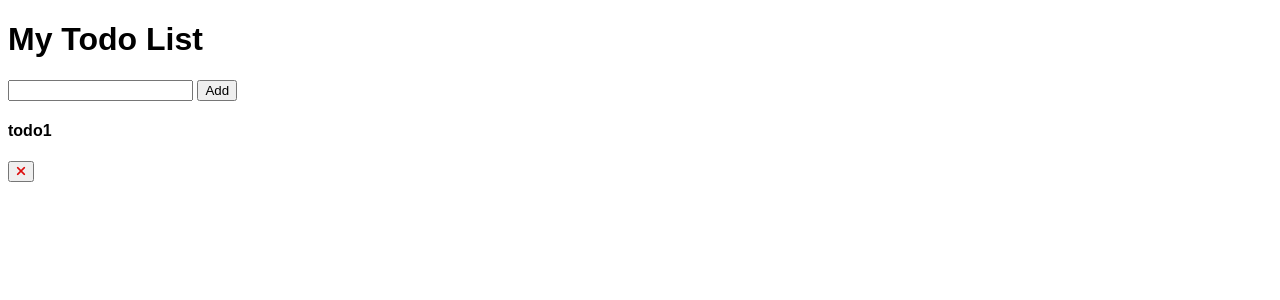
Repository: harshit-technocrat11/basic-DOM-projects
Page: 03-todo-list/index.html
These files come from the project's save history. The page is drawn as it stood at one moment and after a run of saves; the edit follows.
The browser window is 1280 px wide. The pictures show the whole page.

Above is the page before, as saved 2025-09-07 19:22:24.

After the next 2 saves:
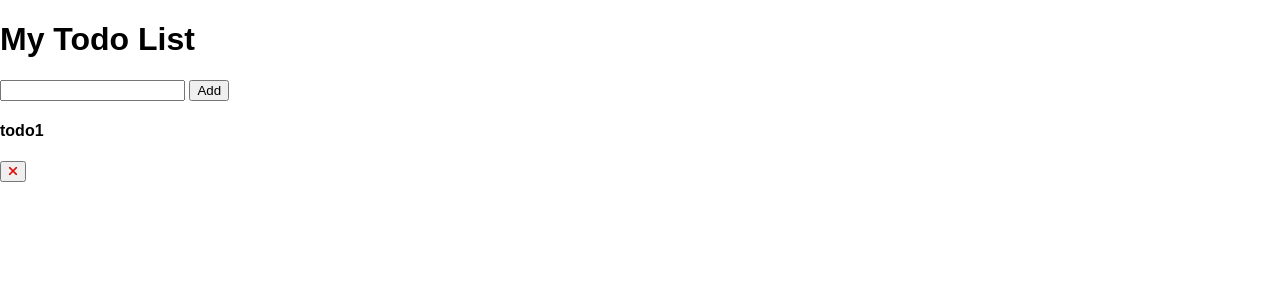
The 2 saves are shown as one change because they came seconds apart.
The last was saved 15 s later.
--- a/03-todo-list/styles/style.css
+++ b/03-todo-list/styles/style.css
@@ -2,5 +2,6 @@
 body{
     box-sizing: border-box;
     font-family: Arial, Helvetica, sans-serif;
-
+    margin: 0;
+    padding: 0;
 }
